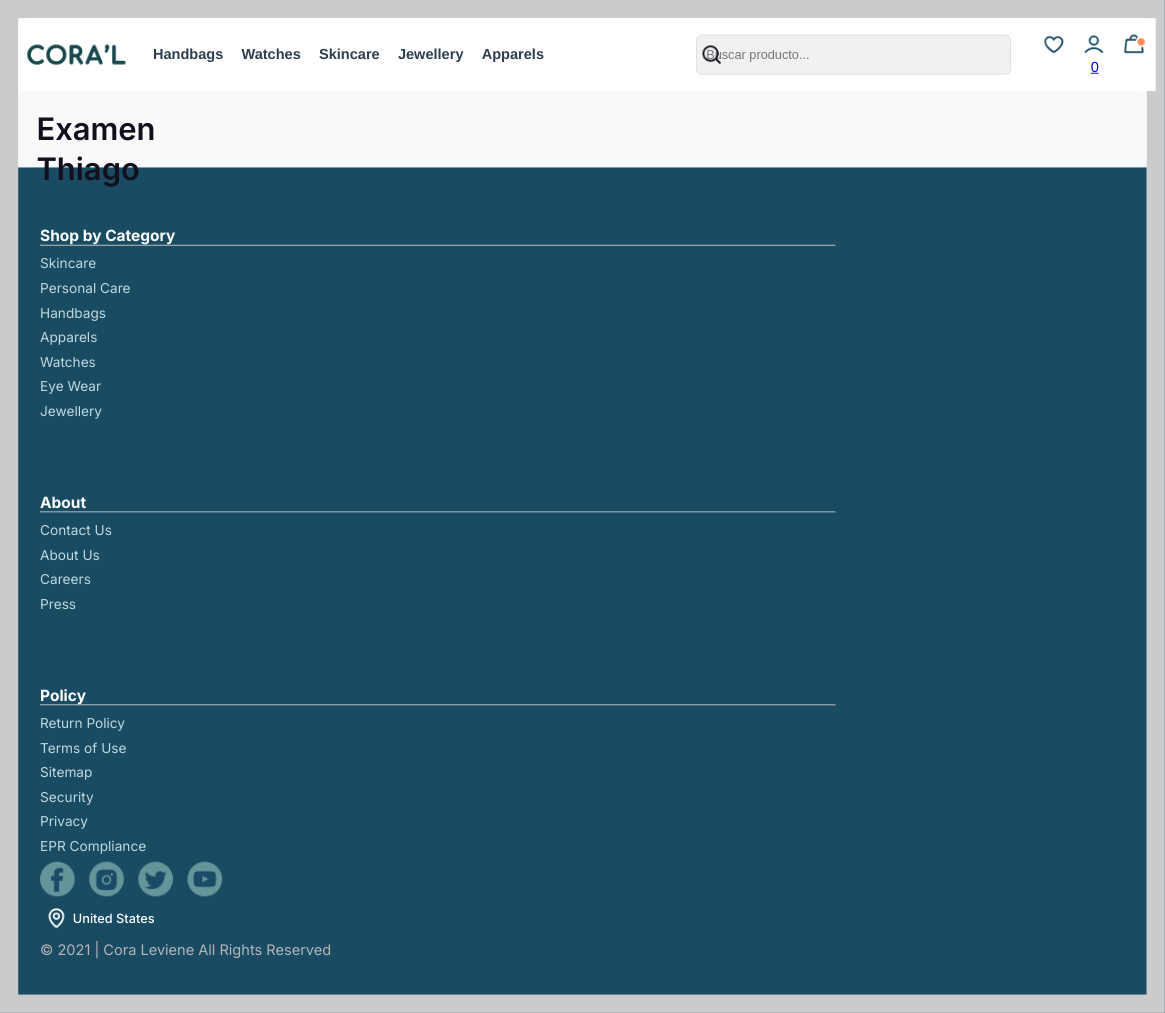
Repository: thiagobal1891-sudo/vue-ecommerce
Page: /#/thiago
An editor plug-in stored every save of this project. The page is shown before and after the next save, followed by the edit.
The browser window is 1280 px wide. The pictures show the whole page, at 91% of full size.
The page's requests for data from a server got no answer. The project was rebuilt for these pictures with package versions that can differ from the ones it lists, and the page was loaded fresh each time. No one was signed in, and anything a server would have sent is missing. Also part of the build but not shown: vue.config.js, src/components/ProductList.vue, src/components/CollectionsVue.vue, src/components/BrandsVue.vue, src/pages/HomePage.vue, src/pages/ErrorPage.vue, src/pages/CategoryPage.vue, src/pages/MyCartPage.vue and 4 more.

Above is the page before, as saved 2025-09-22 14:27:20.

### public/index.html
<!DOCTYPE html>
<html lang="en">
  <head>
    <meta charset="utf-8" />
    <title>Mi App Vue</title>
  </head>
  <body>
    <div id="app"></div>
    <!-- Vue montará la app aquí -->
  </body>
</html>

### src/App.vue
<template>
  <div class="app">
    <NavegadorVue />
    <router-view />
    <FooterVue />
  </div>
</template>

<script>

import FooterVue from './components/FooterVue.vue';
import NavegadorVue from './components/NavegadorVue.vue';



export default {
  name: 'App',
  components: {
    FooterVue,
    NavegadorVue
  }
}
</script>

<style>
*{
  margin: 0px;
  padding: 0px;
}
@font-face {
  font-family: Janna LT;
  src: url("./assets/janna-lt-regular.ttf");
  font-weight: bold;
}
@import url('https://fonts.googleapis.com/css2?family=Inter:ital,opsz,wght@0,14..32,100..900;1,14..32,100..900&display=swap');



.root{
  --color-primario: #E61620
}

#app {

  font-family: Avenir, Helvetica, Arial, sans-serif;
  -webkit-font-smoothing: antialiased;
  -moz-osx-font-smoothing: grayscale;
  text-align: center;
  color: #2c3e50;
}
h1{
  background-color: var(--color-primario);
  font-family: "Janna LT";
  font-weight: 700;
}

* {
      box-sizing: border-box;
    }

    body {
      margin: 0;
      font-family: 'Arial', sans-serif;
      padding: 20px;
      background-color: rgb(203, 203, 203);
    }
    .app{
      max-width: 1280px;
      width: 100%;
      margin: auto;
      background-color: white;
    }
</style>

### src/pages/MyordersPage.vue
<template>
  <div class="grid_contenido">
    <SidebarVue @changePage="page = $event" class="layout" />
    <div class="contenido_orden">
      <PersonalInfo v-if="page === 1" />
      <OrdenesID v-else-if="page === 2" />
      <CheckoutVue v-else-if="page === 3" />
    </div>
  </div>
</template>


<script>
import SidebarVue from "../components/SidebarVue.vue"
import PersonalInfo from "../components/PersonalInfo.vue"
import CheckoutVue from "../components/CheckoutVue.vue"
import OrdenesID from "@/components/OrdenesID.vue"

export default {
  components: { SidebarVue, PersonalInfo, CheckoutVue, OrdenesID },
  data() {
    return {
      page: 1
    }
  }
}
</script>

<style>

*{
  box-sizing: border-box;
  margin: 0;
  padding: 0;
}
.grid_contenido {
  display: grid;
  gap: 60px;
  grid-template-columns: 1fr;
  grid-template-areas:
    "layout"
    "contenido_orden";
}

.layout {
  grid-area: layout;
}

.contenido_orden {
  grid-area: contenido_orden;
}

@media (min-width: 600px) {
  .grid_contenido {
    grid-template-columns: 200px auto;
    grid-template-areas: "layout contenido_orden";
  }
}

@media (min-width: 900px) {
  .grid_contenido {
    grid-template-columns: 250px auto;
  }
}


</style>

### src/pages/ThiagoPage.vue
<template>
    <div>
    <ThiagoVue />
    </div>
</template>

<script>
import ThiagoVue from '@/components/ThiagoVue.vue';

export default {
    name: 'ThiagoPage',
    components: {
    ThiagoVue
    },
    data(){
    return{

    }
    }
    }
</script>

### src/pages/ProductView.vue
<template>
    <ProductPageVue />
    <ProductDescriptionVue />
</template>
<script>

import ProductPageVue from '@/components/ProductPageVue.vue';
import ProductDescriptionVue from '@/components/ProductDescriptionVue.vue'
export default {
  name: 'ProductView',
  components: {
    ProductPageVue,
    ProductDescriptionVue
  },
  data(){
    return{

    }
  }
}
</script>

<style>
.text-header {
  display: none;
}
</style>

### src/components/FooterVue.vue

<template>
  <footer class="footer">

    <div class="footer-content desktop-footer">
      <div class="footer-columns">
        <div class="column">
          <h3>Shop by Category</h3>
          <ul>
            <li>Skincare</li>
            <li>Personal Care</li>
            <li>Handbags</li>
            <li>Apparels</li>
            <li>Watches</li>
            <li>Eye Wear</li>
            <li>Jewellery</li>
          </ul>
        </div>

        <div class="column">
          <h3>About</h3>
          <ul>
            <li>Contact Us</li>
            <li>About Us</li>
            <li>Careers</li>
            <li>Press</li>
          </ul>
        </div>

        <div class="column">
          <h3>Policy</h3>
          <ul>
            <li>Return Policy</li>
            <li>Terms of Use</li>
            <li>Sitemap</li>
            <li>Security</li>
            <li>Privacy</li>
            <li>EPR Compliance</li>
          </ul>
        </div>
      </div>

       <hr />

      <div class="footer-right">

        <div class="social-icons">
          <img src="../assets/redeslogo.png" alt="social-media">
          <i class="fab fa-facebook"></i>
          <i class="fab fa-instagram"></i>
          <i class="fab fa-twitter"></i>
          <i class="fab fa-youtube"></i>
        </div>

        <div class="location">
          <i class="fas fa-map-marker-alt"></i>
          <img src="../assets/location.png" alt="">
          United States
        </div>

        <div class="copyright">
          © 2021 | Cora Leviene All Rights Reserved
        </div>
      </div>
    </div>

  </footer>
</template>
<script>
export default {
  name: 'FooterVue',
  data() {
    return {

    };
  }
}
</script>




<style scoped>

.copyright {
  display: flex;
  text-align: left;
  color: #B6B6B6;
}

.footer-columns {
  display: flex;
  text-align: left;
}

.footer {
  background-color: #194b63;
  color: #c0d9dd;
  font-family: 'Inter', sans-serif;
  padding: 40px 24px;
  width: 100%;

}


.desktop-footer {
  display: flex;
  justify-content: space-between;
  flex-wrap: wrap;
}

.footer-columns {
  display: flex;
  gap: 48px;
}

.column h3 {
  color: #ffffff;
  margin-bottom: 10px;
  font-size: 17px;
}

.column ul {
  list-style: none;
  padding: 0;
  margin: 0;
}

.column li {
  margin-bottom: 8px;
  font-size: 15px;
}

.footer-right {
  display: flex;
  flex-direction: column;
  align-items: flex-end;
  gap: 12px;
  text-align: right;
}

.social-icons {
  display: flex;
  font-size: 20px;
}

.location {
  display: flex;
  align-items: center;
  gap: 6px;
  font-family: Inter;
  font-weight: 500;
  font-size: 14px;
  line-height: 18px;
  letter-spacing: 0%;
  color: #ffff;
}



.footer-section {
  margin-bottom: 24px;
}

.footer-section h3 {
  color: #ffffff;
  font-size: 16px;
  margin-bottom: 10px;
}

.footer-section ul {
  list-style: none;
  padding: 0;
  margin: 0;
}

.footer-section li {
  margin-bottom: 7px;
  font-size: 14px;
}

.inline-links {
  display: flex;
  flex-wrap: wrap;
  gap: 6px;
  font-size: 14px;
}
@media screen and (max-width: 768px) {
 hr {
  position: relative;
  right: 24px;
  width: 100vw;
  border: none;
  border-top: 1px solid #4d6e80;
  margin: 24px 0;
}
}
.footer-columns {
  flex-direction: column;
}
.footer-right{
  align-items: flex-start;
}
@media  screen and (min-width: 768px) {
  hr {
    display: none;
  }
}
@media (max-width: 400px) {
  .text {
    font-size: 14px;
  }
}
</style>

### src/components/NavegadorVue.vue
<template>
  <link rel="preconnect" href="https://fonts.googleapis.com">
  <link rel="preconnect" href="https://fonts.gstatic.com" crossorigin>
  <link href="https://fonts.googleapis.com/css2?family=Inter:ital,opsz,wght@0,14..32,100..900;1,14..32,100..900&display=swap" rel="stylesheet">

  <!-- BARRA DESKTOP -->
  <header class="NavegadorVue desktop-only">
    <div>
      <img id="logo" src="./../assets/logo.png" alt="Icon">
      <nav class="NavegadorVue__categories">
        <p>Handbags</p>
        <p>Watches</p>
        <p>Skincare</p>
        <p>Jewellery</p>
        <p>Apparels</p>
      </nav>
    </div>
    <div class="search-container">
      <input class="search" type="text" v-model="busqueda" placeholder="Buscar producto..." />
      <img class="search-icon" src="./../assets/search.png" alt="buscar">
      <div class="icons">
        <router-link to="/mycart">
          <img src="./../assets/icons.png" alt="icons">
          {{ count.quantity }}
        </router-link>

      </div>
    </div>
  </header>

  <header class="NavegadorVue-mobile-only">
    <nav class="nav-mobile">
  <div class="nav-left">
    <img src="./../assets/leading-icon.png" alt="menu">
    <p>Home</p>
  </div>
  <div class="nav-right">
    <img src="./../assets/trailing-icon.png" alt="icons-mobile">

  </div>
</nav>
  </header>

  <div class="text-header">
    <p>
      We are currently experiencing local customs clearance delays.
      For the latest updates, please check your order status
      <a href="./">here</a>
    </p>
  </div>
</template>

<script>

import { useCartStore } from '@/stores/cart';

export default {
  name: 'NavegadorVue',
  data() {
    return {
      busqueda: '',
      count: useCartStore()
    };
  }
};
</script>

<style>

@media screen and (max-width: 768px) {
  body {
    padding-top: 80px !important;
  }
}
.NavegadorVue {
  width: 100%;
  height: 80px;
  display: flex;
  align-items: center;
  justify-content: space-between;
  position: fixed;
  top: 0;
  left: 0;

  z-index: 1000;
  background: white;
}


.desktop-only {
  display: flex;
}
.nav-mobile p {
  width: 57px;
  height: 26px;
  opacity: 1;
  font-family: Inter;
  font-weight: 600;
  font-size: 20px;
  line-height: 26px;
  letter-spacing: 0%;
  vertical-align: middle;
  color: rgba(27, 75, 102, 1);
;

}
.nav-mobile {
  display: flex;
  justify-content: space-between;
  align-items: center;
  padding: 0 16px;
  height: 60px;
  width: 100%;
  position: fixed;
  top: 0;
  left: 0;
  background: white;
  z-index: 1000;
  margin-top: 20px;
}

.nav-left {
  display: flex;
  align-items: center;
  gap: 20px;
}

.nav-right {
  display: flex;
  align-items: center;
  margin-right: 20px;
}

.NavegadorVue-mobile-only {
  display: none !important;
}

@media screen and (max-width: 768px) {
  .desktop-only {
    display: none !important;
  }
}
@media screen and (max-width: 768px) {
  .text-header {
    display: none !important;
  }
}
  .mobile-only {
    display: flex !important;
    height: 60px;
    justify-content: space-between;
    align-items: center;
    padding: 0 16px;
    background-color: white;
    z-index: 1000;
  }
@media screen and (max-width: 768px) {
  .NavegadorVue-mobile-only {
    display: flex !important;
  }
}
.NavegadorVue div {
  display: flex;
  justify-content: space-around;
  align-items: center;
  gap: 30px;
}
.NavegadorVue {
  position: relative;
  width: 100%;
  height: 80px;
  display: flex;
  align-items: center;
  margin-inline: 10px;
  justify-content: space-between;

}
.NavegadorVue header{

  display: flex;
  position: fixed;
  top: 0;
  left: 0;
  width: 100%;
  z-index: 1000;

}
.search-container  {
  display: inline-flex;
  align-items: center;
  position: relative;
  margin-right: inherit;

}
.search-container input {
  width: 500px;
  height: 44px;


}

#logo {
width: 108px;
height: 22px;
top: 29px;
left: 20px;


}
.NavegadorVue__categories {
  display: flex;
  width: 391;
  height: 18;
  top: 31px;
  left: 160px;
  gap: 20px;
  font-weight: bold;

}

.search-container {
  position: relative;
  width: 500px;
  height: 44px;
}

.search {
  width: 100%;
  height: 100%;
  border-radius: 4px;
  background: #F1F1F1;
  border: none;
  padding-left: 40px; /* espacio para el ícono */
  font-size: 14px;
}

.search-icon {
  position: absolute;
  top: 10px;
  left: 10px;
  width: 24px;
  height: 24px;
  pointer-events: none;
}
#icons {
  width: 114px;
height: 24px;
top: 28px;
left: 1148px;
}
.text-header {

  position: relative;

  width: 100%;
  height: 50px;

  font-family: "Inter", sans-serif;
  font-style: normal;
  font-weight: 400;
  font-size: 14px;
  line-height: 18px;

  display: flex;
  align-items: center;
  text-align: center;
  justify-content: center;

  color: #171520;
  background-color: #F1F1F1;
}


.text-header a {
  color: darkblue;


}

</style>

### src/components/BannerFooter.vue
<template>
<div class="banner-grid">

    <div class="lifestyle-card">
      <h2>LIFESTYLE</h2>
      <h1>Makeup Accessories<br>from Top Brands</h1>
    </div>



      <div class="card skincare">
        <h3>Skincare<br>Essentials</h3>
        <div class="arrow">→</div>
      </div>

      <div class="card facepacks">
        <h4>Facepacks<br>& Peels</h4>
        <div class="arrow">→</div>
      </div>

  </div>

</template>

<script>

export default {
  name: 'BannerFooter',
  components: {

  },
  data() {
    return {
    }
  }
}

</script>

<style>
    * {
      box-sizing: border-box;
    }

    body {
      margin: auto;
      font-family: 'Arial', sans-serif;
      padding: 20px;
    }

    .banner-grid {
      display: grid;
          grid-template:
                  "lifeStyle lifeStyle" 400px

                  "skincare   facepacks"  228px

                  /1fr    1fr    ;
      gap: 20px;
      max-width: 1200px;
      margin: 10px 30px;
    }

    .card:hover,
    .lifestyle-card:hover {
  filter: brightness(0.8);
  transform: scale(1.05);
  transition: filter 0.3s ease;
  cursor: pointer;
}

    .lifestyle-card {
      background-image: url('https://images.unsplash.com/photo-1526045478516-99145907023c?auto=format&fit=crop&w=1200&q=80');
      background-size: cover;
      background-position: center;
      border-radius: 20px;
      padding: 60px 40px;
      display: flex;
      flex-direction: column;
      justify-content: center;
      grid-area: lifeStyle;
    }

    .lifestyle-card h2 {
  width: 154px;
  height: 20px;
  left: 59px;
  top: 1999px;
  font-family: 'Inter', sans-serif;
  font-style: normal;
  font-weight: 400;
  font-size: 30px;
  line-height: 20px;
  display: flex;
  align-items: center;
  color: #97451F;


    }

    .lifestyle-card h1 {
  width: 618px;
  height: 136px;
  left: 59px;
  top: 2038px;
  font-family: 'Inter', sans-serif;
  font-style: normal;
  font-weight: 700;
  font-size: 52px;
  line-height: 68px;
  display: flex;
  align-items: center;
  color: #97451F;


    }


    .card {
      border-radius: 20px;
      padding: 30px;
      color: #fff;
      background-size: cover;
      background-position: center;
      position: relative;
      min-height: 200px;
      display: flex;
      align-items: center;
      justify-content: flex-start;
    }



    .card h3 {
  width: 309px;
  height: 104px;
  font-family: 'Inter', sans-serif;
  font-weight: 700;
  font-size: 40px;
  text-align: right;
  color: #A53F64;
        position: absolute;
      right: 30px;
    }

.card h4 {
  width: 232px;
  height: 104px;
  font-family: 'Inter',sans-serif;
  font-weight: 700;
  font-size: 40px;
  text-align: right;
  color: #1B4B66;
        position: absolute;
      right: 30px;
}

    .card .arrow {
      position: absolute;
      bottom: 20px;
      right: 20px;
      background: rgba(255, 255, 255, 0.9);
      border-radius: 50%;
      padding: 10px;
      font-size: 20px;
      color: #000;
      z-index: 2;
    }

    .card .arrow:hover {
    transform: scale(1.2);
    transition: 0.5s;
}

    .skincare {
      background-image: url('https://media-cldnry.s-nbcnews.com/image/upload/t_fit-1000w,f_avif,q_auto:eco,dpr_2/rockcms/2024-01/240117-staff-skin-care-routines-social-2c85d8.jpg');
      grid-area: skincare;
    }

    .facepacks {
      background-image: url('https://shipcartecommerce.com/cdn/shop/collections/877f03da31ad8bb130dde99698f7d3ec.jpg?v=1748635689');
      grid-area: facepacks;
    }

    @media (max-width: 768px) {
      .lifestyle-card h1 {
        font-size: 28px;
      }

      .card h3 {
        font-size: 20px;
      }

      .card h4 {
        font-size: 20px;
      }
    }
</style>

### src/components/OrdenesID.vue
<template>
  <div class="orders-container">
    <div class="top-bar">
      <button class="back-btn">›</button>
      <input type="text" placeholder="Search" class="search" v-model="searchQuery" />
    </div>
    <div class="tabs_orden">
      <button
        v-for="tab in tabs"
        :key="tab"
        :class="['tab', { active: selectedTab === tab }]"
        @click="selectedTab = tab"
      >
        {{ tab }}
      </button>
    </div>
    <table class="orders-table">
      <thead>
        <tr>
          <th></th>
          <th>Order ID</th>
          <th>Date</th>
          <th>Price</th>
          <th>Status</th>
          <th></th>
        </tr>
      </thead>
      <tbody>
        <tr v-for="order in filteredOrders" :key="order.id">
          <td><input type="checkbox" /></td>
          <td>#{{ order.id }}</td>
          <td>{{ order.date }}</td>
          <td>{{ order.price }}</td>
          <td>
            <span
              class="status"
              :class="{ paid: order.status === 'Paid', processing: order.status === 'Processing', cancelled: order.status === 'Cancelled' }"
            >
              {{ order.status }}
            </span>
          </td>
          <td><button class="orden-button">›</button></td>
        </tr>
      </tbody>
    </table>
  </div>
</template>

<script>
import { useCartStore } from '@/stores/cart'

export default {
  name: 'OrdenesID',
  data() {
    return {
      searchQuery: "",
      selectedTab: "Completed",
      tabs: ["Completed", "Processing", "Cancelled"],
      cartStore: useCartStore(),
    }
  },
  computed: {
    orders() {
      return [
        { id: 874522648, date: "September 5, 2020", price: `$${this.cartStore.precio}`, status: "Paid" },
        { id: 874522649, date: "September 7, 2020", price: `$${this.cartStore.precio}`, status: "Paid" },
        { id: 874522650, date: "September 9, 2020", price: `$${this.cartStore.precio}`, status: "Processing" },
        { id: 874522651, date: "September 12, 2020", price: `$${this.cartStore.precio}`, status: "Cancelled" },
      ]
    },
    filteredOrders() {
      return this.orders.filter(order => {
        if (this.selectedTab === "Completed" && order.status !== "Paid") return false
        if (this.selectedTab === "Processing" && order.status !== "Processing") return false
        if (this.selectedTab === "Cancelled" && order.status !== "Cancelled") return false

        if (this.searchQuery) {
          return (
            order.id.toString().includes(this.searchQuery) ||
            order.date.toLowerCase().includes(this.searchQuery.toLowerCase()) ||
            order.price.includes(this.searchQuery)
          )
        }

        return true
      })
    }
  }
}
</script>


<style>

.orders-container {
  font-family: sans-serif;
  padding: 16px;
  background: white;
  border-radius: 8px;
}

.top-bar {
  display: flex;
  align-items: center;
  margin-bottom: 16px;
}
.back-btn {
  background: none;
  border: none;
  font-size: 18px;
  margin-right: 8px;
  cursor: pointer;
}
.search {
  width: 296px;
  padding: 6px 10px;
  border: 1px solid #ddd;
  border-radius: 6px;
}

.tabs_orden {
  display: flex;
  background: #f5f5f5;
  gap: 16px;
}
.tab {
  background: transparent;
  border: none;
  font-family: 'Inter', sans-serif;
  font-size: 14px;
  font-weight: 500;
  color: #626262;
  cursor: pointer;
  padding: 8px 16px;
  border-radius: 6px;
  transition: all 0.2s ease-in-out;
}
.tab.active {
  background: #1B4B66;
  color: white;
}
.tab:hover {
  background: rgba(27, 75, 102, 0.1);
}


.orders-table {
  width: 100%;
  border-collapse: collapse;
}
.orders-table th {
  padding: 8px;
  font-size: 14px;
  color: #666;
  border-bottom: 1px solid #eee;
  text-align: left;

}
.orders-table td {
  padding: 12px 10px;
  border-bottom: 1px solid #eee;
  color: #171520;
  font-family: 'Inter', sans-serif;
  font-weight: 500;
  font-size: 16px;
  text-align: left;
  background-color: #F1F1F1;
}
.orden-button{
  background: none;
  border: none;
  font-size: 18px;
  margin-right: 8px;
  cursor: pointer;
  margin: 20px 0;
}

.status.paid {
  color: #1B4B66;
}
.status.processing {
  color: orange;
}
.status.cancelled {
  color: red;
}
</style>

### src/components/ThiagoVue.vue
<template>
  <div class="contenedor">
    <h2>Examen Thiago</h2>
    <ul class="todo-list">
  <li
  v-for="todo in todos"
  :key="todo.id"
  :class="{ completed: todo.completed }">
  <span><strong>{{ todo.id }}</strong> - {{ todo.title }}</span>
  <span class="status">
    {{ todo.completed ? "✔ Completada" : "⏳ Pendiente" }}
  </span>
  </li>
    </ul>
  </div>
</template>

<script>
export default {
  name: "ExamenThiago",
  data() {
    return {
      todos: []
    }
  },
  mounted() {
    fetch("https://jsonplaceholder.typicode.com/todos")
      .then(res => res.json())
      .then(data => {
        this.todos = data
      })
  }
}
</script>

<style>
.contenedor {
  padding: 20px;
  background: #f9f9f9;
  border-radius: 6px;
  font-family: Arial, sans-serif;
}

.todo-list {
  list-style: none;
  padding: 0;
}

.todo-list li {
  display: flex;
  justify-content: space-between;
  align-items: center;
  padding: 10px;
  margin-bottom: 6px;
  border-radius: 5px;
  background: #ffe0e0;
}

.todo-list li.completed {
  background: #d4ffd4;
}

.status {
  font-size: 12px;
  padding: 3px 8px;
  border-radius: 4px;
  background: #555;
  color: #fff;
}
</style>

Loaded but not shown: src/stores/cart.js (85 lines, source omitted); src/main.js (47 lines, source omitted); src/components/ProductPageVue.vue (601 lines, source omitted); src/components/PersonalInfo.vue (315 lines, source omitted); src/components/PageCarrito.vue (249 lines, source omitted)

After the next save:
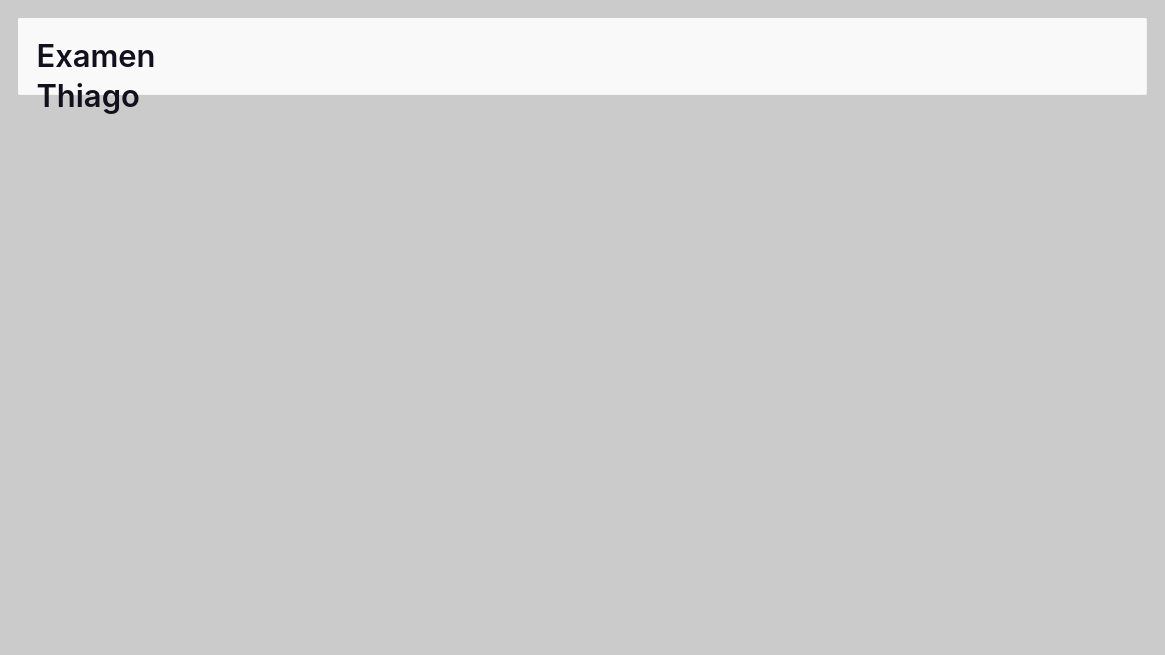
Saved 4 min 54 s later.
--- a/src/App.vue
+++ b/src/App.vue
@@ -1,10 +1,15 @@
 <template>
   <div class="app">
-    <NavegadorVue />
+
+    <NavegadorVue v-if="$route.path !== '/thiago'" />
+
     <router-view />
-    <FooterVue />
+
+
+    <FooterVue v-if="$route.path !== '/thiago'" />
   </div>
 </template>
+
 
 <script>
 
